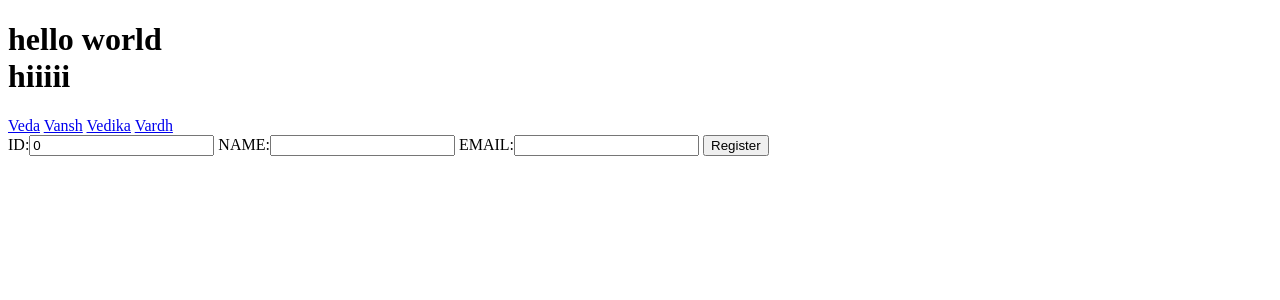
Repository: poornimakole/PRJS
Page: http://localhost/SpringMVC/
These files come from the project's save history. The page is drawn as it stood at one moment and after the next save; the edit follows.
The browser window is 1280 px wide. The pictures show the whole page.
The page is served by Tomcat 9. Other server files are loaded and not shown.

Above is the page before, as saved 2017-12-15 08:45:42.

### Spring/SpringMVC/WebContent/WEB-INF/pages/home.jsp
<%@ page language="java" contentType="text/html; charset=ISO-8859-1"
    pageEncoding="ISO-8859-1"%>
 <%@ taglib prefix="sf" uri="http://www.springframework.org/tags/form" %>

<!DOCTYPE html PUBLIC "-//W3C//DTD HTML 4.01 Transitional//EN" "http://www.w3.org/TR/html4/loose.dtd">
<html>
<head>
<meta http-equiv="Content-Type" content="text/html; charset=ISO-8859-1">
<title>Insert title here</title>
</head>
<body>
   <h1>hello world<br>${message}</h1>
   <a href="http://localhost:8080/SpringMVC/veda?dept=abc">Veda</a>
   <a href="http://localhost:8080/SpringMVC/vansh?dept=xyz">Vansh</a>
   <a href="http://localhost:8080/SpringMVC/vedika?dept=pqr">Vedika</a>
   <a href="http://localhost:8080/SpringMVC/vardh">Vardh</a>

    <sf:form modelAttribute="employee" method="POST">
     ID:<sf:input path="id"/>
      NAME:<sf:input path="name"/>
      EMAIL:<sf:input path="email"/>
      <input type="submit" value="Register">
    </sf:form>


</body>
</html>

After the next save:
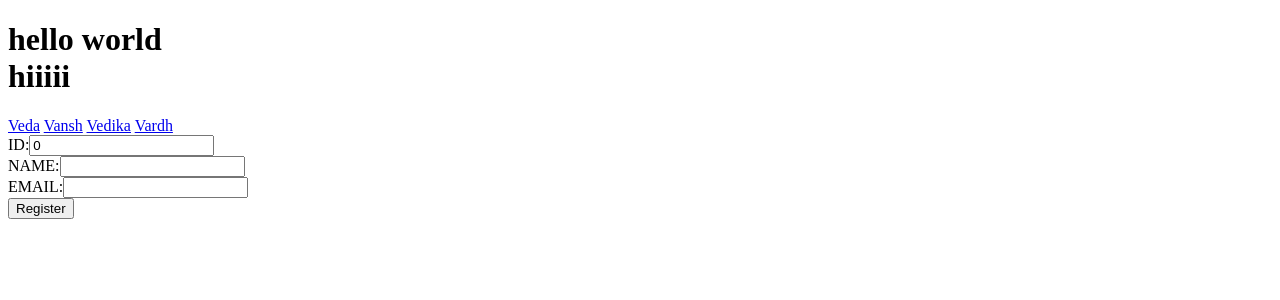
Saved 2 min 36 s later.
--- a/Spring/SpringMVC/WebContent/WEB-INF/pages/home.jsp
+++ b/Spring/SpringMVC/WebContent/WEB-INF/pages/home.jsp
@@ -16,9 +16,9 @@
    <a href="http://localhost:8080/SpringMVC/vardh">Vardh</a>
 
     <sf:form modelAttribute="employee" method="POST">
-     ID:<sf:input path="id"/>
-      NAME:<sf:input path="name"/>
-      EMAIL:<sf:input path="email"/>
+     ID:<sf:input path="id"/><br>
+      NAME:<sf:input path="name"/><br>
+      EMAIL:<sf:input path="email"/><br>
       <input type="submit" value="Register">
     </sf:form>
 
